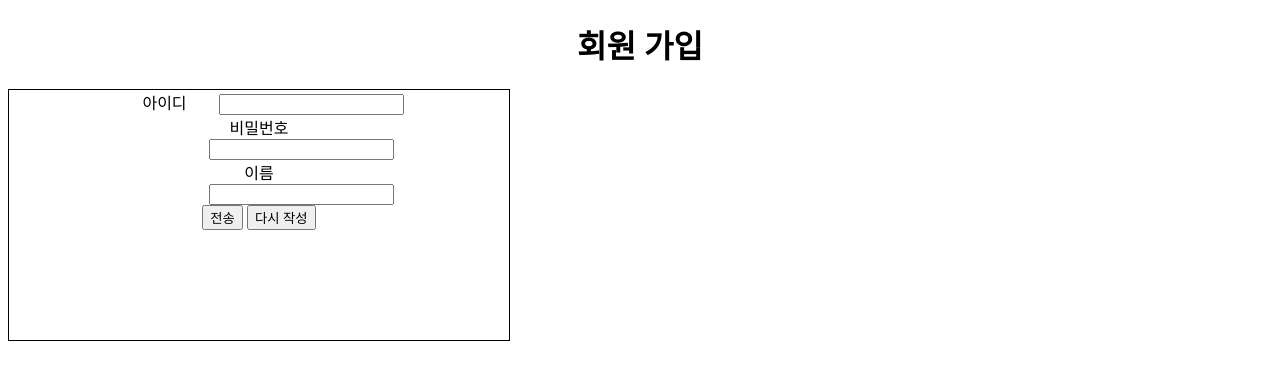
Repository: Dalso13/workspace
Page: http://localhost/Test_1/joinPage.jsp
The author's editor kept a copy of each file at every save. The page is drawn from the files as they stood at one save, then again after the next save.
The browser window is 1280 px wide. The pictures show the whole page.
The page is served by Tomcat 9.

Above is the page before, as saved 2023-03-17 01:30:04.

After the next save:
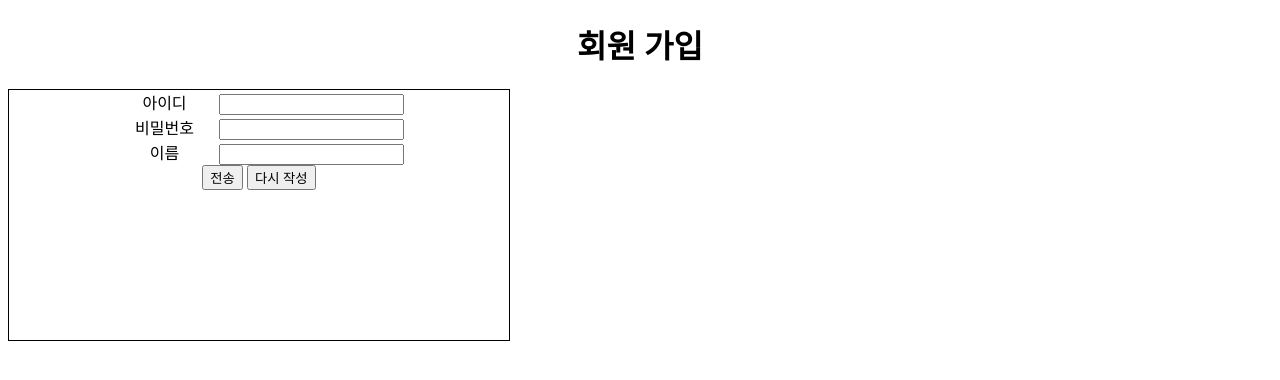
Saved 33 s later.
--- a/workspace_exam/Test_1/WebContent/joinPage.jsp
+++ b/workspace_exam/Test_1/WebContent/joinPage.jsp
@@ -27,8 +27,8 @@
 
 	<div style="text-align: center;">
 		<label>아이디</label> <input type="text"><br>
-		<label>비밀번호 <input type="password"></label><br>
-		<label>이름 <input type="text"></label><br>
+		<label>비밀번호</label> <input type="password"><br>
+		<label>이름</label> <input type="text"><br>
 
 	<input type="submit" value="전송">
 	<input type="reset" value="다시 작성"><br>
